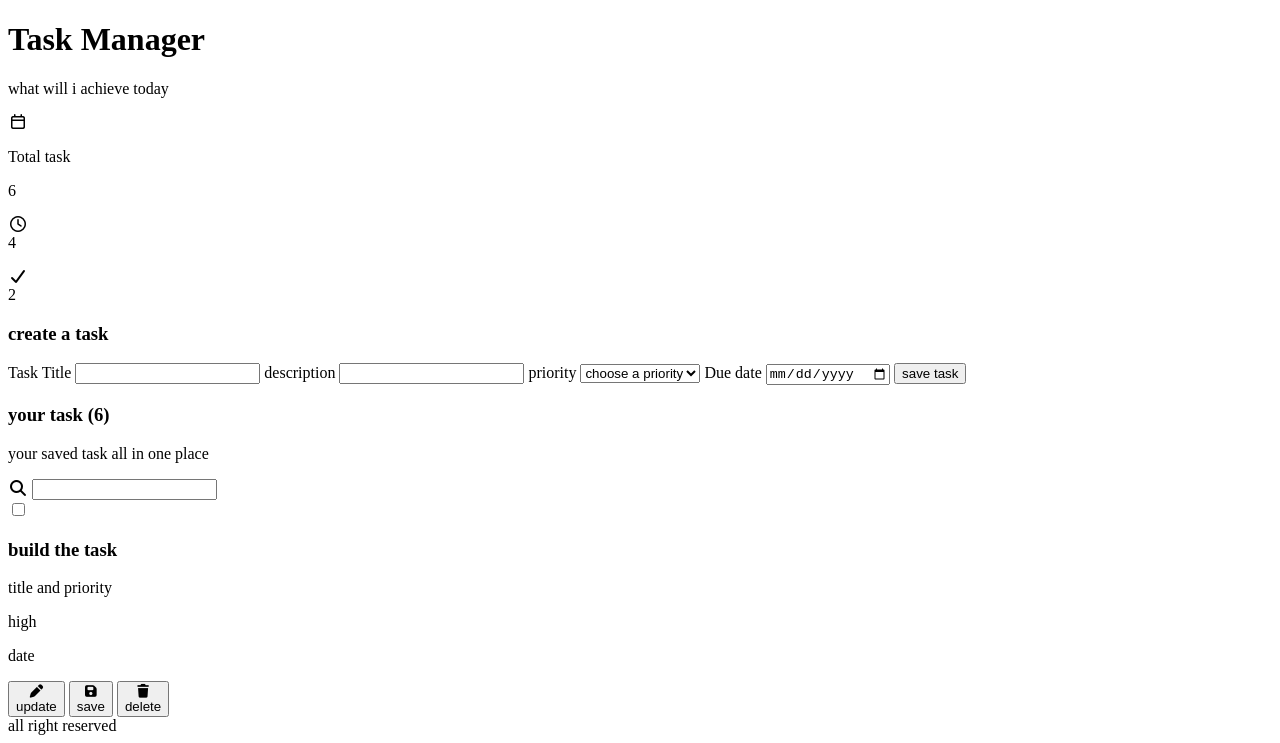
Repository: XDENTERTAINMENT/task-manager-groupwork
Page: index.html
The author's editor kept a copy of each file at every save. The page is drawn from the files as they stood at one save, then again after the next save.
The browser window is 1280 px wide. The pictures show the whole page.

Above is the page before, as saved 2026-10-23 22:13:10.

### index.html
<!DOCTYPE html>
<html lang="en">
<head>
    <meta charset="UTF-8">
    <meta name="viewport" content="width=device-width, initial-scale=1.0">
    <title>Personal-Task-Manager</title>
    <link rel="stylesheet" href="https://cdnjs.cloudflare.com/ajax/libs/font-awesome/7.3.1/css/all.min.css" integrity="sha512-QeR2VH+lsBE5LSAe1Q5EnTBbe7XTBubt8dG93Y7gidSgdMCr8nVqKcfKAMyN96SV8KDbZVTDXChatu5G2KQGzg==" crossorigin="anonymous" referrerpolicy="no-referrer">
</head>
<body>

   <header>
    <h1>Task Manager</h1>
    <p>what will i achieve today</p>
   </header>
    <!-- the main -->
   <main>
    <section class="section1">
        <div>
         <div><i class="fa-regular fa-calendar"></i></div>
         <div>
            <p>Total task</p>
            <p id="total-task">6</p>
         </div>

        </div>

        <div>
        <p id="pending-task"> <div> <i class="fa-regular fa-clock"></i></div>4</p>
        </div>

        <div>
        <p  id="completed-task"> <div><i class="fa-solid fa-check"></i></div>2</p>
        </div>
    </section>



    <!-- section 2 -->
    <section  class="section2">

        <!-- the create task section -->
      <div class="create-task">

          <div>
            <h3>create a task</h3>
        </div>
       <form action="submit">

           <label for="title">
             Task Title
            <input type="text"  id="title-input">
           </label>


           <label for="description">
                   description
            <input type="text"  id="description-input">
           </label>

           <label for="priority">

            priority
             <select name="" id="">
                <option value="">choose a priority</option>
                <option value=""> High</option>
                <option value=""> Medium</option>
                <option value="">  low</option>
             </select>
           </label>

           <label for="date">
            Due date
            <input type="date">
           </label>

     <button class="form-button"> save task</button>
       </form>
    <div>




      <!-- task mapping -->

        <div class="task-mapping">

              <h3> your task (6)</h3>
        <p> your saved task all in one place</p>
        <div>
            <i class="fa-solid fa-magnifying-glass"></i>
            <input  type="search">
        </div>



        <!-- the card -->
         <div class="card">
            <input type="checkbox">
            <div>

                <h3> build the task</h3>
                <p>title and priority</p>
                <p id="priority"> high</p></div>
                <p> date</p>


         </div>
<!-- the inline editing -->
         <div>
            <button><div><i class="fa-solid fa-pen"></i></div>update</button>
            <button  class="save"> <div><i class="fa-solid fa-floppy-disk"></i></div>save</button>
            <button class="delete"> <div><i class="fa-solid fa-trash"></i></div>delete</button>

         </div>

        </div>



</div>

    </section>
   </main>

   <!-- the footer -->
   <footer>
    all right reserved
   </footer>
</body>
</html>

After the next save:
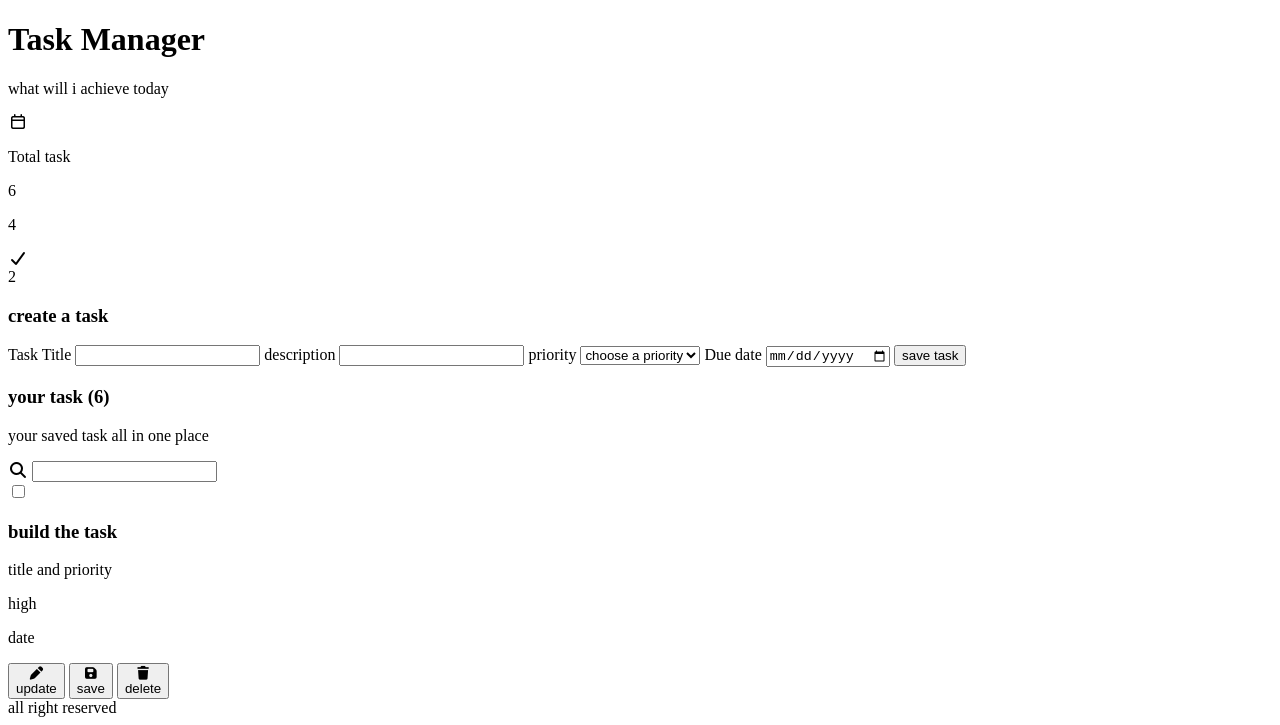
Saved 13 s later.
--- a/index.html
+++ b/index.html
@@ -25,7 +25,7 @@
         </div>
 
         <div>
-        <p id="pending-task"> <div> <i class="fa-regular fa-clock"></i></div>4</p>
+        <p id="pending-task"> 4</p>
         </div>
 
         <div>
